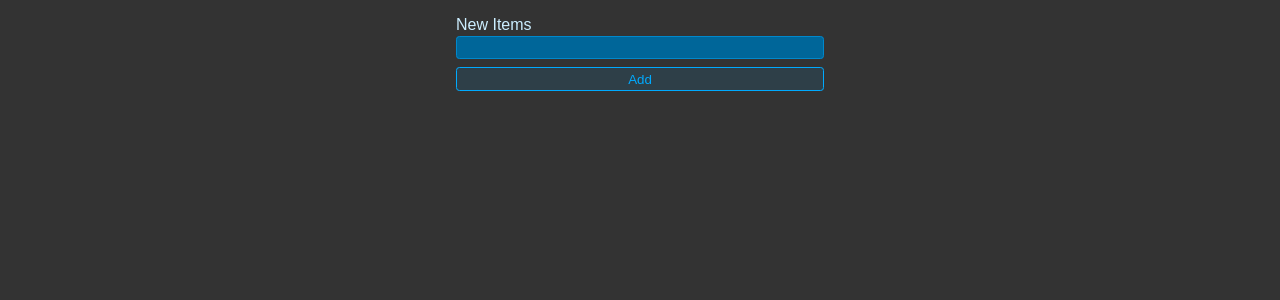
Repository: emailherds/react_todolist
Page: /
These files come from the project's save history. The page is drawn as it stood at one moment and after the next save; the edit follows.
The browser window is 1280 px wide. The pictures show the whole page.
The project was rebuilt for these pictures with package versions that can differ from the ones it lists, and the page was loaded fresh each time. Also part of the build but not shown: vite.config.js.

Above is the page before, as saved 2023-09-29 14:45:26.

### src/main.jsx
import React from 'react'
import ReactDOM from 'react-dom/client'
import App from './App.jsx'
import './styles.css'

ReactDOM.createRoot(document.getElementById('root')).render(
  <React.StrictMode>
    <App />
  </React.StrictMode>,
)

### src/App.jsx
import "./styles.css"

export default function App(){
  return <form className="new-item-form" action="">
    <div className="form-row">
      <label htmlFor="item">New Items</label>
      <input type="text" id="item"/>
    </div>
    <button className="btn">Add</button>
  </form>;
}
//

Loaded but not shown: index.html (common file); src/styles.css (common file)

After the next save:
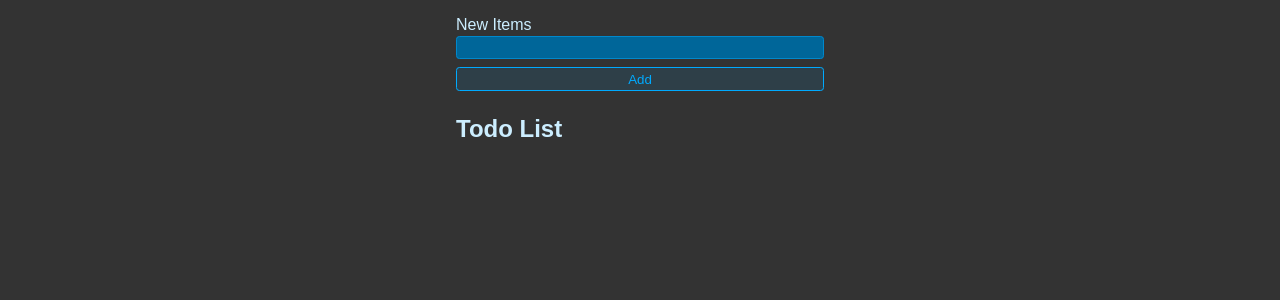
Saved 2 min 20 s later.
--- a/src/App.jsx
+++ b/src/App.jsx
@@ -1,12 +1,16 @@
 import "./styles.css"
 
 export default function App(){
-  return <form className="new-item-form" action="">
-    <div className="form-row">
-      <label htmlFor="item">New Items</label>
-      <input type="text" id="item"/>
-    </div>
-    <button className="btn">Add</button>
-  </form>;
+  return (
+  <>
+    <form className="new-item-form" action="">
+      <div className="form-row">
+        <label htmlFor="item">New Items</label>
+        <input type="text" id="item"/>
+      </div>
+      <button className="btn">Add</button>
+    </form>
+    <h1 className="header">Todo List</h1>
+  </>);
 }
 //
